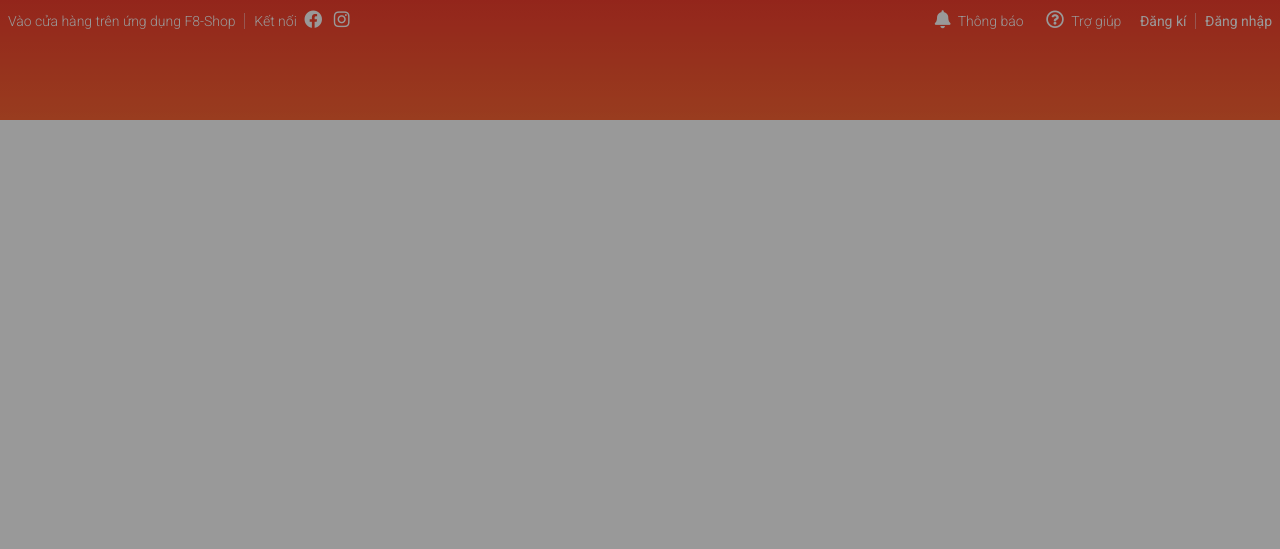
Repository: phunobi1807/shopee
Page: index.html
These files come from the project's save history. The page is drawn as it stood at one moment and after the next save; the edit follows.
The browser window is 1280 px wide. The pictures show the whole page.

Above is the page before, as saved 2021-06-13 13:40:14.

### index.html
<!DOCTYPE html>
<html lang="en">

<head>
    <meta charset="UTF-8">
    <meta http-equiv="X-UA-Compatible" content="IE=edge">
    <meta name="viewport" content="width=device-width, initial-scale=1.0">
    <title>Document</title>
    <link rel="stylesheet" href="https://cdnjs.cloudflare.com/ajax/libs/normalize/8.0.1/normalize.min.css">
    <link rel="stylesheet" href="./assets/css/base.css">
    <link rel="stylesheet" href="./assets/css/main.css">
    <link rel="stylesheet"
        href="./assets/fonts/fontawesome-free-5.15.3-web/fontawesome-free-5.15.3-web/css/all.min.css">
    <link rel="preconnect" href="https://fonts.gstatic.com">
    <link href="https://fonts.googleapis.com/css2?family=Roboto:wght@300;400;500&display=swap" rel="stylesheet">
</head>

<body>
    <div class="app">
        <header class="header">
            <div class="grid">
                <nav class="header__navbar">
                    <ul class="header__navbar-list">
                        <li class="header__navbar-item header__navbar-item--has-qr header__navbar-item--separate">
                            Vào cửa hàng trên ứng dụng F8-Shop
                            <div class="header__qr">
                                <img src="./assets/img/QR_code.png" alt="QR code" class="header__qr-img">
                                <div class="header__qr-apps">
                                    <a href="" class="header__qr-link">
                                        <img src="./assets/img/app_store.png" alt="Google Play"
                                            class="header__qr-download-img">
                                    </a>
                                    <a href="" class="header__qr-link">
                                        <img src="./assets/img/gg_play.png" alt="App Store"
                                            class="header__qr-download-img">
                                    </a>
                                </div>
                            </div>
                        </li>
                        <li class="header__navbar-item">
                            <span class="header__navbar-title--no-pointer">Kết nối</span>
                            <a href="" class="header__navbar-icon-link">
                                <i class="header__navbar-icon fab fa-facebook"></i>
                            </a>
                            <a href="" class="header__navbar-icon-link">
                                <i class="header__navbar-icon fab fa-instagram"></i>
                            </a>
                        </li>
                    </ul>
                    <ul class="header__navbar-list">
                        <li class="header__navbar-item header__navbar-item--has-notify">
                            <a href="" class="header__navbar-item-link">
                                <i class="header__navbar-icon fas fa-bell"></i>
                                Thông báo
                            </a>
                            <div class="header__notify">
                                <header class="header__notify-header">
                                    <h3>Thông báo mới nhận</h3>
                                </header>
                                <ul class="header__notify-list">
                                    <li class="header__notify-item header__notify-item-viewed">
                                        <a href="" class="header__notify-link">
                                            <img src="https://cf.shopee.vn/file/5fbf9049e4439e01d27d8f14388c46f8_tn" alt="" class="header__notify-img">
                                            <div class="header__notify-info">
                                                <span class="header__notify-name">Mỹ phẩm Ohui chính hãng</span>
                                                <span class="header__notify-description">Mô tả mỹ phẩm Ohui chính
                                                    hãng</span>
                                            </div>
                                        </a>
                                    </li>
                                    <li class="header__notify-item">
                                        <a href="" class="header__notify-link">
                                            <img src="https://cf.shopee.vn/file/5fbf9049e4439e01d27d8f14388c46f8_tn" alt="" class="header__notify-img">
                                            <div class="header__notify-info">
                                                <span class="header__notify-name">Mỹ phẩm Ohui chính hãng</span>
                                                <span class="header__notify-description">Mô tả mỹ phẩm Ohui chính
                                                    hãng</span>
                                            </div>
                                        </a>
                                    </li>
                                    <li class="header__notify-item ">
                                        <a href="" class="header__notify-link">
                                            <img src="https://cf.shopee.vn/file/5fbf9049e4439e01d27d8f14388c46f8_tn" alt="" class="header__notify-img">
                                            <div class="header__notify-info">
                                                <span class="header__notify-name">Mỹ phẩm Ohui chính hãng</span>
                                                <span class="header__notify-description">Mô tả mỹ phẩm Ohui chính
                                                    hãng</span>
                                            </div>
                                        </a>
                                    </li>
                                </ul>
                                <footer class="header__notify-footer">
                                    <a href="" class="header__notify-footer-btn">Xem tất cả</a>
                                </footer>
                            </div>
                        </li>
                        <li class="header__navbar-item">
                            <a href="" class="header__navbar-item-link">
                                <i class="header__navbar-icon far fa-question-circle"></i>
                                Trợ giúp
                            </a>
                        </li>
                        <li class="header__navbar-item header__navbar-item--strong header__navbar-item--separate">Đăng
                            kí</li>
                        <li class="header__navbar-item header__navbar-item--strong">Đăng nhập</li>
                    </ul>
                </nav>
            </div>
        </header>
        <div class="container">

        </div>
        <footer class="footer">

        </footer>
    </div>
<!-- Modal layout  -->
    <div class="modal">
        <div class="modal__overlay"></div>
        <div class="modal__body">
            <div class="modal__inner">

            </div>
        </div>
    </div>
</body>

</html>

### assets/css/base.css
:root
{
    --primary-color:#ee4d2d;
    --white-color: #fff;
    --black-color: #000;
    --text-color: #333;
}

*
{
    box-sizing: inherit;
}

html
{
    /* 10px */
    font-size: 62.5%;
    line-height: 1.6rem;
    font-family: 'Roboto', sans-serif;
    box-sizing: border-box;
}

.grid
{
    width: 1850px;
    max-width: 100%;
    margin: 0 auto;
}

.grid__full-width
{
    width: 100%;
}

.grid__row
{
    display: flex;
    flex-wrap: wrap;
}
/* Animation */
@keyframes fadeIn
{
    from
    {
        opacity: 0;
    }
    to
    {
        opacity: 1;
    }
}

/* Modal  */
.modal
{
    position: fixed;
    top: 0;
    right: 0;
    bottom: 0;
    left: 0;
    display: flex;
}
.modal__overlay
{
    position: absolute;
    width: 100%;
    height: 100%;
    background-color: rgba(0, 0, 0, 0.4);
}
.modal__body
{
    width: 300pxx;
    height: 300px;
    background-color: #333;
    margin: auto;
}

### assets/css/main.css
.header
{
    height: 120px;
    background-image: linear-gradient(0, #fe6433, #f53e2d);
}
.header__navbar
{
    display: flex;
    justify-content: space-between;
}
.header__navbar-list
{
    list-style: none;
    padding-left: 0;
}
.header__navbar-item
{
    position: relative;
    margin: 0px 8px;
    min-height: 26px;
}
.header__navbar-item--has-qr:hover .header__qr
{
    display: block;
}
.header__navbar-item--has-notify:hover .header__notify
{
    display: block;
}
.header__navbar-item,
.header__navbar-item-link
{
    display: inline-block;
    font-size: 1.4rem;
    color: var(--white-color);
    text-decoration: none;
    font-weight: 300;
}
.header__navbar-item:hover,
.header__navbar-icon-link:hover,
.header__navbar-item-link:hover
{
    color: rgba(255, 255, 255, 0.7);
    cursor: pointer;
}
.header__navbar-item--strong
{
    font-weight: 400;
}
.header__navbar-item--separate::after
{
    content: "";
    display: block;
    position: absolute;
    border-left: 1px solid #FB9086;
    height: 16px;
    right: -9px;
    top: 0;

}

.header__navbar-icon-link
{
    color: var(--white-color);
    text-decoration: none;
}
.header__navbar-icon
{
    font-size: 1.8rem;
    margin: 0px 4px;

}
.header__navbar-title--no-pointer
{
    cursor: text;
    color: var(--white-color);
}
/* Header QR code  */
.header__qr
{
    background-color: var(--white-color);
    width: 186px;
    position: absolute;
    left: 0;
    top: 118%;
    padding: 8px;
    border-radius: 2px;
    display: none;
    animation:  fadeIn ease-in 0.3s;

}
.header__qr::before
{
    position: absolute;
    left: 0;
    top: -16px;
    width: 100%;
    height: 20px;
    content: "";
    display: block;

}
.header__qr-img
{
width: 100%;
}
.header__qr-apps
{
    display: flex;
    justify-content: space-between;
}
.header__qr-link:nth-child(1)
{
    margin-left: 11px;
}
.header__qr-link:nth-child(2)
{
    margin-right: 11px;
}
.header__qr-download-img
{
    height: 15px;
}

/* Header notification  */
.header__notify
{
    position: absolute;
    top: 118%;
    right: 0;
    width: 404px;
    border: 1px solid #D3D3D3;
    background-color: var(--white-color);
    cursor: default;
    transform-origin: calc(100% - 20px) top;
    animation: headerNotifyGrowth ease-in 0.25s;
    will-change: opacity, transform;
    display: none;
}
.header__notify::before
{
    content: "";
    border-width: 20px 27px;
    border-style:  solid;
    border-color: transparent transparent var(--white-color) transparent;
    position: absolute;
    right: 4px;
    top: -29px;
}
.header__notify::after
{
    content: "";
    display: block;
    position: absolute;
    top: -16px;
    right: 0;
    width: 90px;
    height: 20px;
}
@keyframes headerNotifyGrowth
{
    from
    {
        opacity: 0;
        transform: scale(0);
    }
    to
    {
        opacity: 1;
        transform: scale(1);
    }
}
.header__notify-header
{
    height: 40px;
    background-color: var(--white-color);
}
.header__notify-header h3
{
    color: #999;
    margin: 0 0 0 12px;
    font-weight: 400;
    font-size: 1.4rem;
    line-height: 40px;
    cursor: text;
}
.header__notify-list
{
    padding-left: 0;
}
.header__notify-item
{
   display: flex;
}
.header__notify-item:hover
{
    background-color: #f7f7f7;
}
.header__notify-item-viewed
{
    background-color: rgba(238, 77, 45, 0.08);
}
.header__notify-link
{
    display: flex;
    width: 100%;
    padding: 12px;
    text-decoration: none;

}
.header__notify-img
{
    width: 48px;
    object-fit: contain;
}
.header__notify-info
{
    margin-left: 12px;
}

.header__notify-name
{
    display: block;
    font-size: 1.4rem;
    color: var(--text-color);
    font-weight: 400;
    line-height: 1.8rem;
}
.header__notify-description
{
display: block;
font-size: 1.2rem;
line-height: 2rem;
color: #756F6E;
margin-top: 4px;
}
.header__notify-footer
{
    display: flex;
}
.header__notify-footer-btn
{
    text-decoration: none;
    color: var(--text-color);
    width: 100%;
    padding: 8px 0px;
    font-size: 1.4rem;
    font-weight: 400;
    text-align: center;
}

Loaded but not shown: assets/fonts/fontawesome-free-5.15.3-web/fontawesome-free-5.15.3-web/css/all.min.css (library)

After the next save:
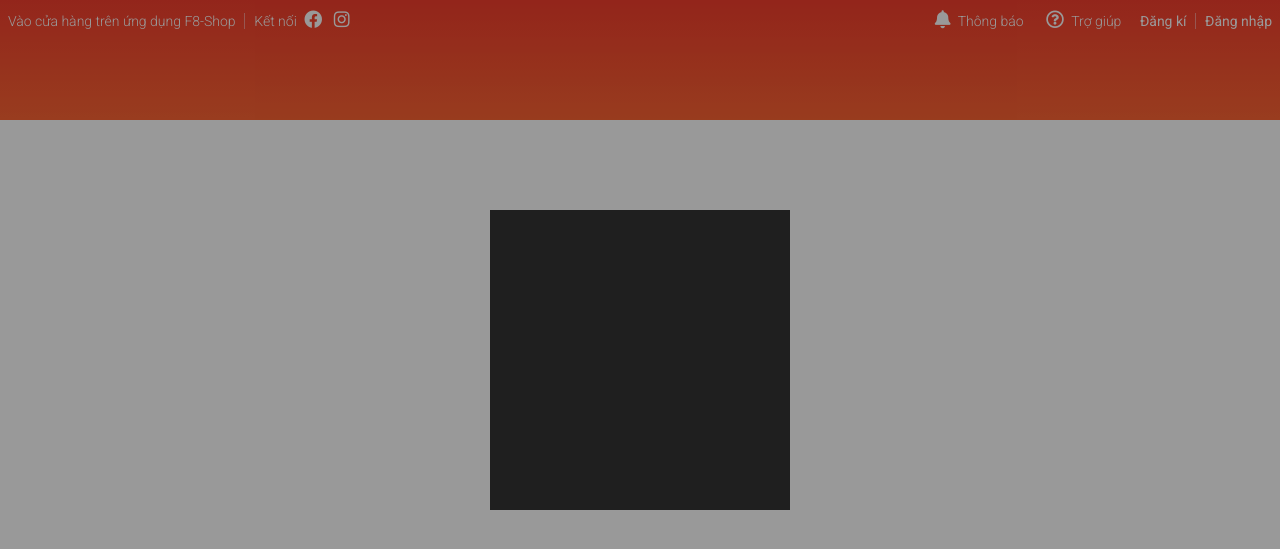
Saved 22 s later.
--- a/assets/css/base.css
+++ b/assets/css/base.css
@@ -69,7 +69,7 @@
 }
 .modal__body
 {
-    width: 300pxx;
+    width: 300px;
     height: 300px;
     background-color: #333;
     margin: auto;
